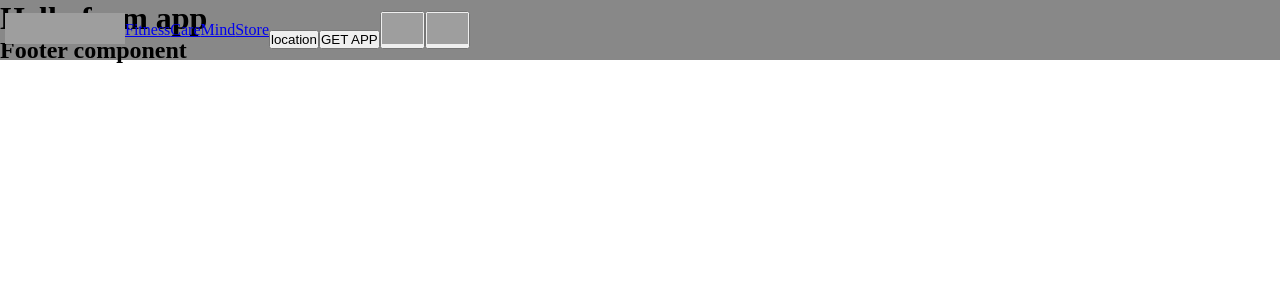
Repository: 1sanjeetsharma/cult-fit-clone
Page: /
These files come from the project's save history. The page is drawn as it stood at one moment and after the next save; the edit follows.
The browser window is 1280 px wide. The pictures show the whole page.
Pictures or frames that could not be fetched are drawn as grey boxes. The project was rebuilt for these pictures with package versions that can differ from the ones it lists, and the page was loaded fresh each time. Also part of the build but not shown: vite.config.js.

Above is the page before, as saved 2023-07-22 22:53:16.

After the next save:
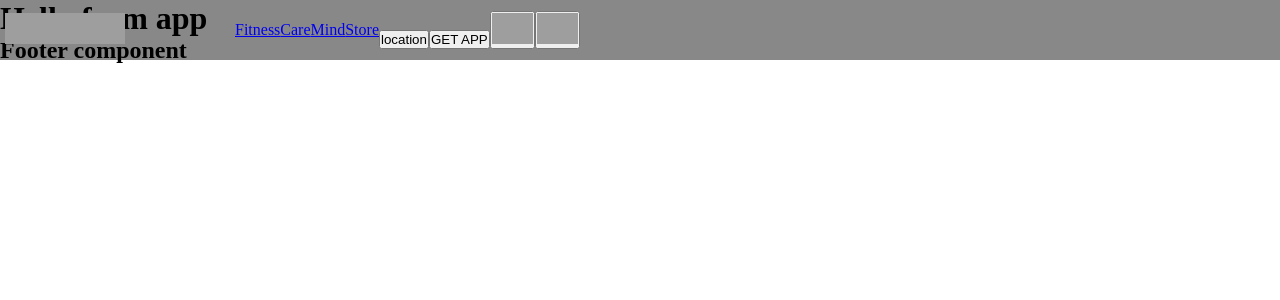
Saved 24 s later.
--- a/src/components/body/Navbar/navbar.css
+++ b/src/components/body/Navbar/navbar.css
@@ -31,5 +31,6 @@ nav {
 .tabs {
 	display: flex;
 	flex-direction: row;
-	justify-content: space-between;
+	justify-content: spae-between;
+	margin-left: 110px;
 }
